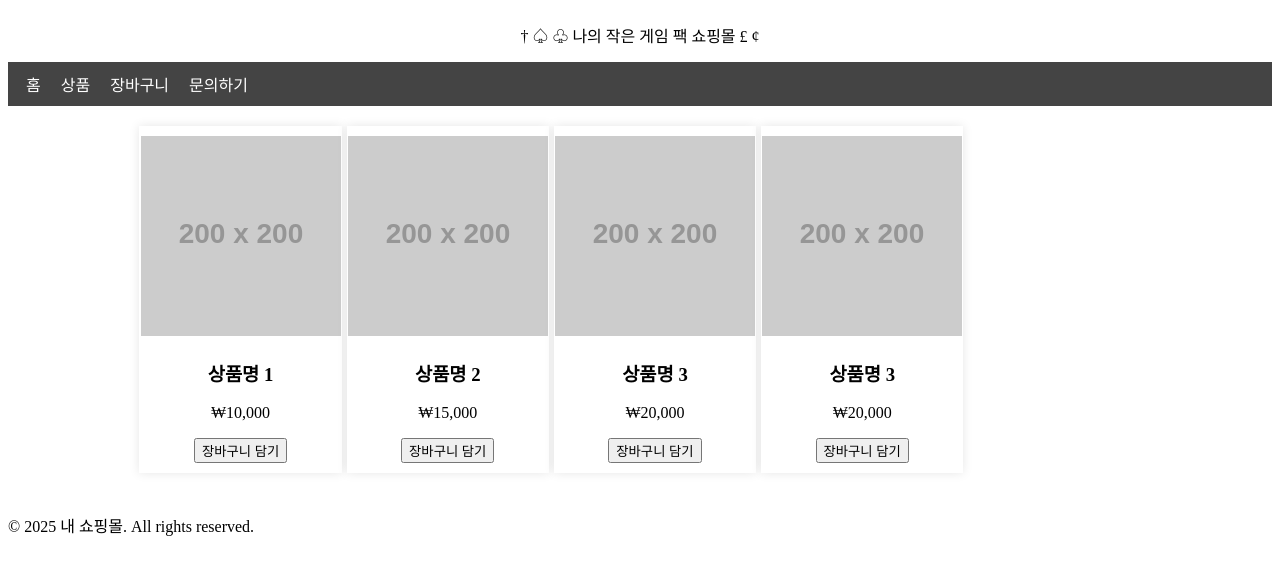
Repository: SeungYeon04/A_AssetsJSP
Page: http://localhost/JSP_Start01/
The author's editor kept a copy of each file at every save. The page is drawn from the files as they stood at one save, then again after the next save.
The browser window is 1280 px wide. The pictures show the whole page.
Some web fonts or font styles are not loaded; a fallback is used. The page is served by Tomcat 9.

Above is the page before, as saved 2025-03-11 05:58:32.

After the next save:
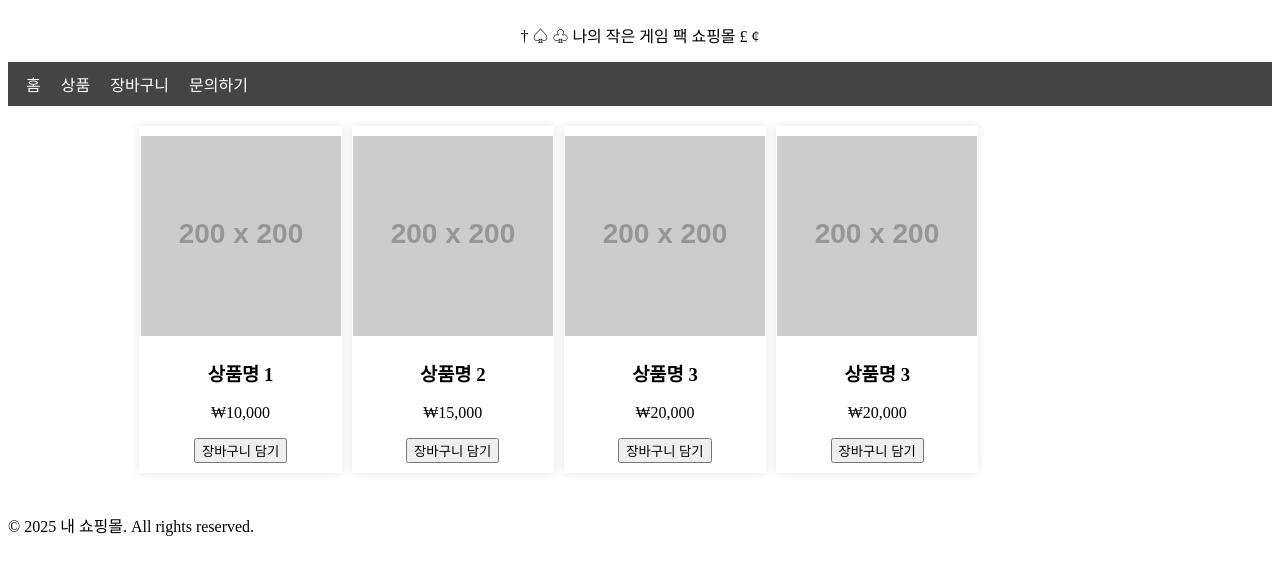
Saved 18 s later.
--- a/JSP_Start01/src/main/webapp/index.jsp
+++ b/JSP_Start01/src/main/webapp/index.jsp
@@ -101,6 +101,7 @@
 			margin-bottom: 20px;
 			text-align: center;
 			margin-left: 5px;
+			margin-right: 5px;
 		}
 
     </style>
